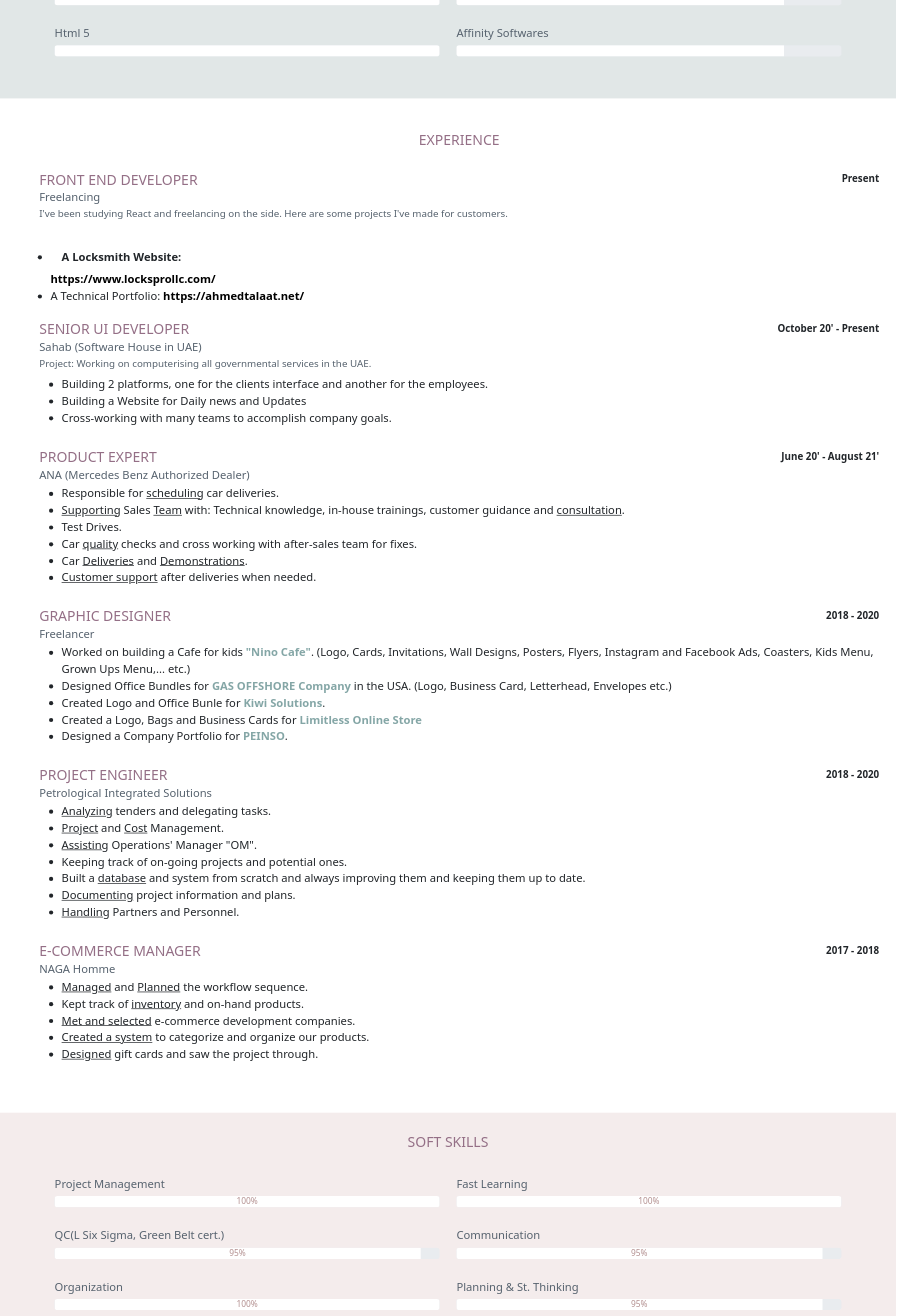
Repository: aya7abbal/my-old-portfolio
Page: resume.html
An editor plug-in stored every save of this project. The page is shown before and after the next save, followed by the edit.
The browser window is 1280 px wide. The page is 1296 px wide, so the pictures cover 1296 px, including what lies to the right of the window. The pictures show the part of the page from y = 1111 to 2991 px (the page is 3115 px tall before and 3060 px after), at 70% of full size.
Some web fonts or font styles are not loaded; a fallback is used. Some web libraries are served in a nearby version. The style sheet was rebuilt from its Sass, Less or Tailwind sources for each picture, by a compiler version that may differ from the author's.

Above is the page before, as saved 2022-07-07 23:53:54.

After the next save:
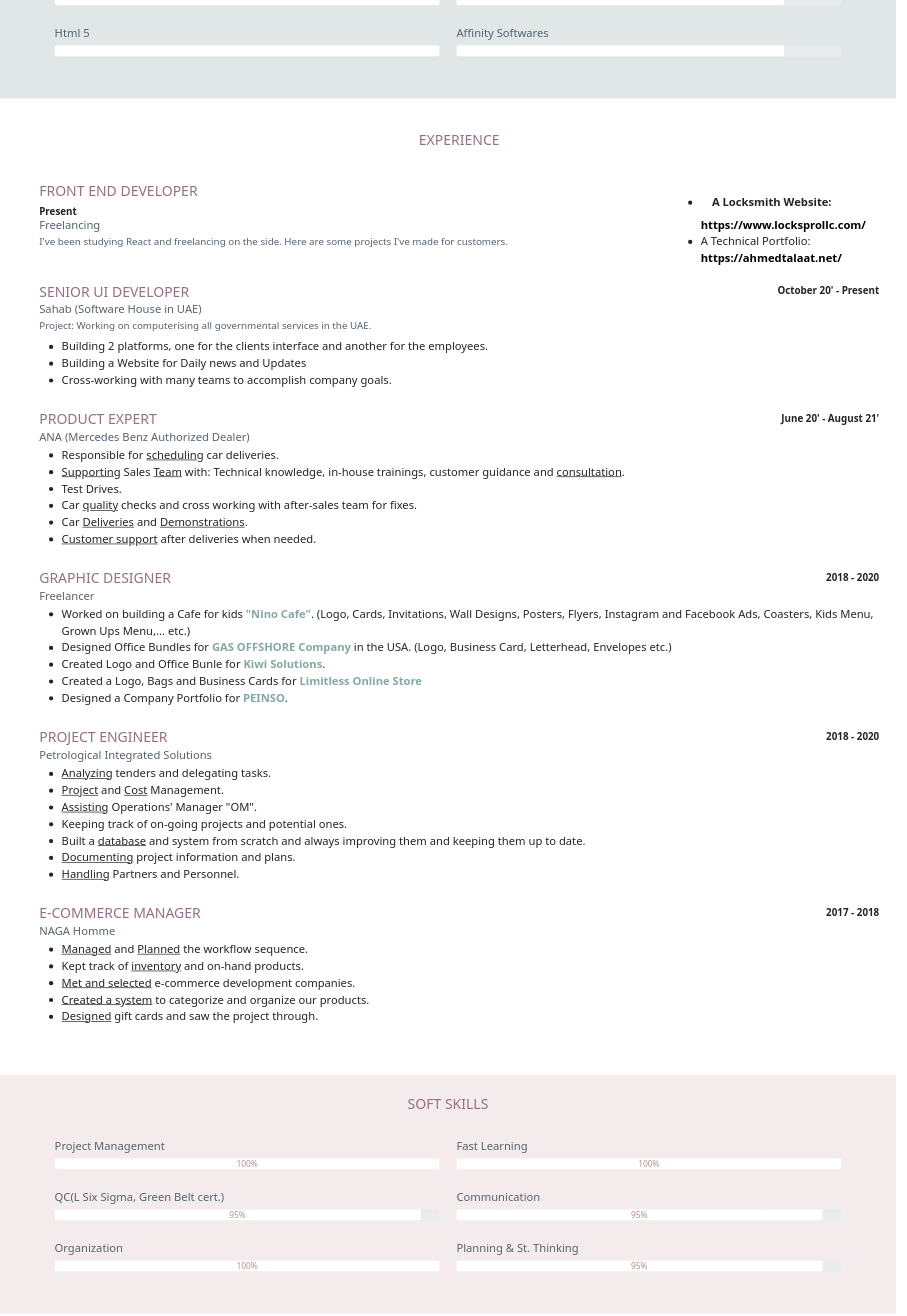
Saved 72 s later.
--- a/resume.html
+++ b/resume.html
@@ -349,19 +349,20 @@
 
 
   <!-- Freelancing -->
-  <a class="list-group-item list-group-item-action" aria-current="true">
-    <div class="d-flex w-100 justify-content-between">
-        <h5 class="mb-1">Front End Developer</h5>
-        <small>Present</small>
-    </div>
-    <h6 class="mb-1">Freelancing</h6>
-
-    <h6><small>I've been studying React and freelancing on the side. Here are some projects I've made for customers.</small> </h6>
-    <ul class="exp">
-        <li>A Locksmith Website: <a href="https://www.locksprollc.com/">https://www.locksprollc.com/</a> </li>
-        <li>A Technical Portfolio: <a href="https://ahmedtalaat.net/ ">https://ahmedtalaat.net/ </a></li>
-    </ul>
-</a>
+            <a class="list-group-item list-group-item-action" aria-current="true">
+                <div class="d-flex w-100 justify-content-between">
+                    <h5 class="mb-1">Front End Developer</h5>
+                    <small>Present</small>
+
+                <h6 class="mb-1">Freelancing</h6>
+
+                <h6><small>I've been studying React and freelancing on the side. Here are some projects I've made for customers.</small> </h6>
+                <ul class="exp">
+                    <li>A Locksmith Website: <a href="https://www.locksprollc.com/">https://www.locksprollc.com/</a> </li>
+                    <li>A Technical Portfolio: <a href="https://ahmedtalaat.net/ ">https://ahmedtalaat.net/ </a></li>
+                </ul>
+            </div>
+            </a>
 
 
             <!-- SAHAB - UAE -->
